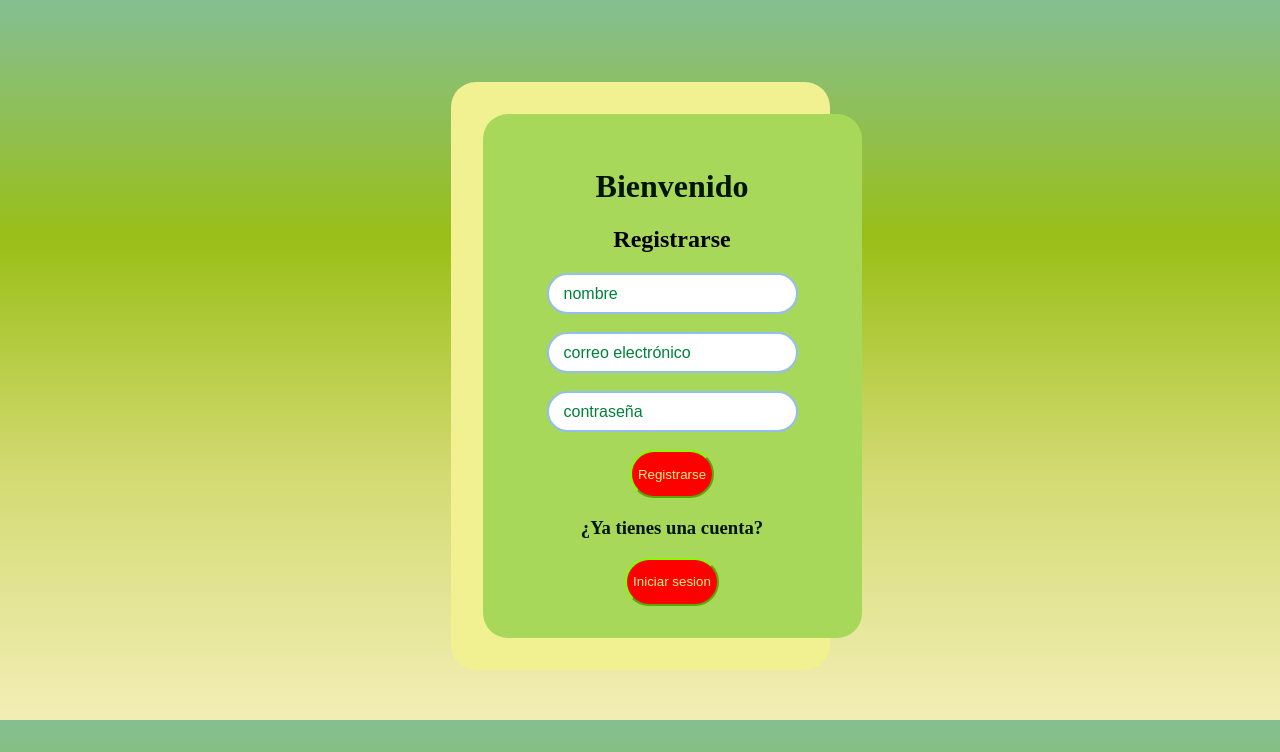
Repository: carrascokarencb37-afk/Nuura
Page: html/registrarse.html
The author's editor kept a copy of each file at every save. The page is drawn from the files as they stood at one save, then again after the next save.
The browser window is 1280 px wide. The pictures show the whole page.
Some icons come from a web library that is not loaded, so they are not drawn. Backgrounds fixed to the window are drawn as part of the page.

Above is the page before, as saved 2026-05-28 22:47:48.

### html/registrarse.html
<!DOCTYPE html>
<html lang="es">
<head>
    <meta charset="UTF-8">
    <meta name="viewport" content="width=device-width, initial-scale=1.0">

    <title>Nuura - Registrarse</title>

    <link rel="stylesheet" href="../css/style.css">
    <link rel="icon" href="../img/Nuura.png" type="png">

        <script src="../js/script.js" defer></script>

</head>
    <body>
        <div class="borde">
            <div class="cont">
                <h1>Bienvenido</h1>
                <h2>Registrarse</h2>

        <form action="../php/guardar.php" method="POST">
                <input type="text" name="nombre" placeholder="nombre" id="nombre">
                <br><br>
                <input type="email" name="correo" id="correo" placeholder="correo electrónico">
                <br><br>
            <div class="contra">
                <input type="password" name="contra" id="contra" placeholder="contraseña">
                <span onclick="mostrarContra()" class="ojo">
                    <i
                        class="fi fi-sr-eye">
                    </i>
                </span>
                <br><br>
            </div>

                <button type="submit" class="chapito">Registrarse</button>

        </form>
                <h3>¿Ya tienes una cuenta?</h3>

                <a href="iniciarsesion.html"><button class="chapito">Iniciar sesion</button></a>

            </div>
        </div>

    </body>
</html>

### css/style.css
@import url('https://cdn-uicons.flaticon.com/4.0.0/uicons-solid-rounded/css/uicons-solid-rounded.css');

/*Importar fuente chewy*/
@font-face {
    font-family: 'chewy';
    src: url(../fonts/Chewy-Regular.ttf) format('truetype');
    font-weight: normal;
    font-style: normal;
}


body {
    background-image: linear-gradient(to top, #f3eeb6, #d4db74, #9abf17, #84bf93);
    background-size: cover;
    background-attachment: fixed;
    min-height: 100vh;
    margin: 0;

    justify-content: center;
    text-align: center;
    padding: 1rem;
    display: flex;
    align-items: center;
    justify-content: center;
}

.titulo {
    font-family: Arial, Helvetica, sans-serif;
}

.boton {
    text-decoration: none;
}

/*Aqui empieza el estilo de INICIAR SESION.html*/
.cont{
    border-radius: 25px;
    background-color: #a7d859;
    padding: 2rem;
    min-width: 100%;
}
.cont h1{
    color: rgb(2, 20, 5);
    font-family:cursive;
}
.cont h3{
    color:rgb(2, 20, 5);
    font-family:cursive;
}

.borde{
    background-color: #F1F191;
    border-radius:25px;
    padding: 2rem;
}

/*registros*/
.cont input{
    border-radius:30px;
    height: 2rem;
    width: 15rem;
    border-color: rgb(148, 189, 241);
}
.cont ::placeholder{
    color: rgb(0, 129, 58);
}

input{
    color: #004d00;
    max-width: 230px;
    min-height: 35px;

    border-radius: 20px;
    border: 2px solid #4c74ff;

    padding-left: 15px;

    color: #145214;

    font-size: 16px;

    outline: none;
}

/*ojito password*/
.fi fi-sr-eye{
    position: absolute;
    right: 15px;
    top: 8px;
    transform: translateY(-50%);
    cursor: pointer;
}

/*botones*/
.chapito{
    border-radius: 25px;
    background-color:rgb(78, 167, 42) ;
    border-color: chartreuse;
    height: 2rem;
    color: #F1F191;
    transition: 1s;
    background-color: red;
    height: 3rem;
    cursor: pointer;
}
.chapito:hover{
    background-color:rgb(148, 189, 241);
    color: blue;
    border-color: blue;
    transition: 1s;
    transform: scale(1.05);
}

/* Móviles medianos (480px - 768px) */
@media (min-width: 481px) and (max-width: 768px) {
    body {
        padding: 1rem;
    }

    .borde {
        max-width: 500px;
    }

    .cont {
        max-width: 400px;
    }

    .cont input {
        max-width: 260px;
    }

    input {
        max-width: 260px;
    }

    .contra {
        max-width: 260px;
    }
}

/* Móviles en horizontal y tablets pequeñas */
@media (max-width: 768px) {
    .chapito:hover {
        transform: none; /* Evita problemas de hover en táctil */
    }
}

/* Ajuste para pantallas muy pequeñas (menos de 360px) */
@media (max-width: 360px) {
    .cont {
        padding: 1rem;
    }

    .chapito {
        width: 100%;
        max-width: 200px;
        font-size: 0.85rem;
    }

    .cont h1 {
        font-size: 1.4rem;
    }

    .cont h2 {
        font-size: 1.1rem;
    }
}

### js/script.js
//Aqui está el código para mostrar la contraseña en el input de iniciar sesión
function mostrarContra() {
    const input = document.getElementById('contra');
    if (input.type === 'password') {
        input.type = 'text';
    }else {
        input.type = 'password';
    }

}

After the next save:
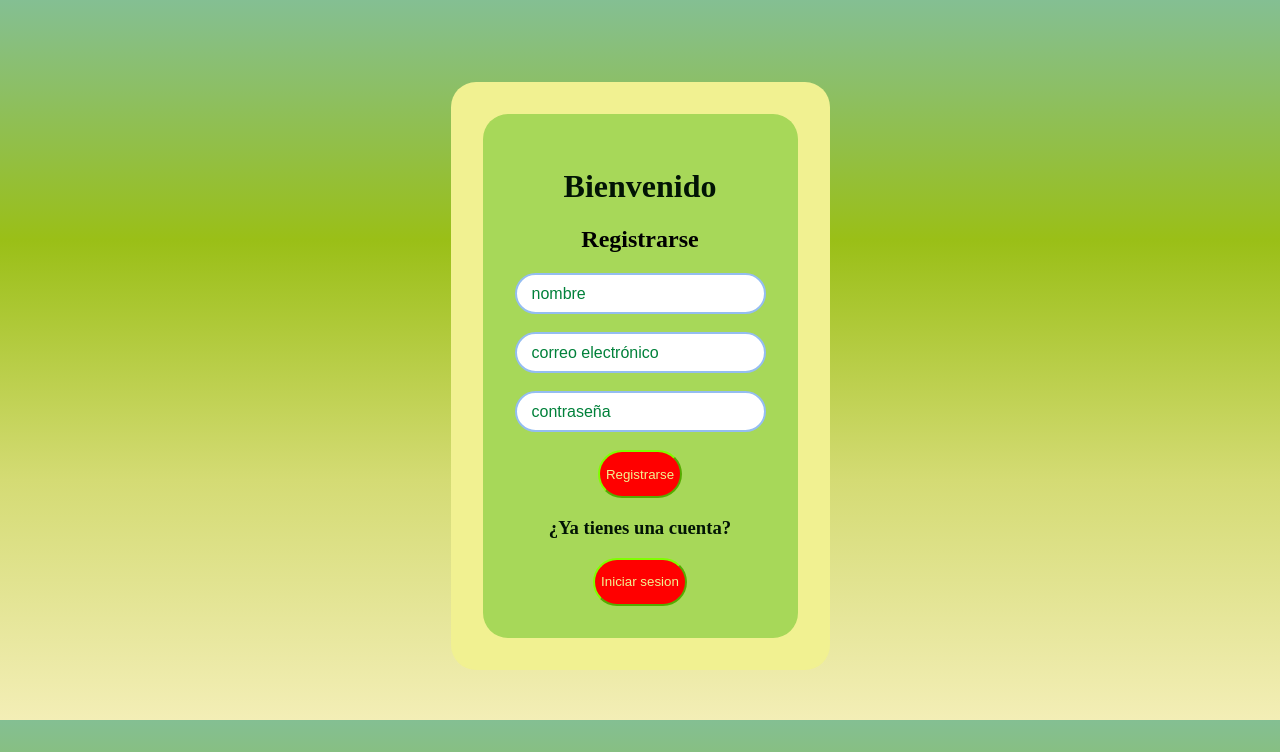
Saved 14 s later.
--- a/css/style.css
+++ b/css/style.css
@@ -37,7 +37,7 @@ body {
     border-radius: 25px;
     background-color: #a7d859;
     padding: 2rem;
-    min-width: 100%;
+    min-width: 70%;
 }
 .cont h1{
     color: rgb(2, 20, 5);
